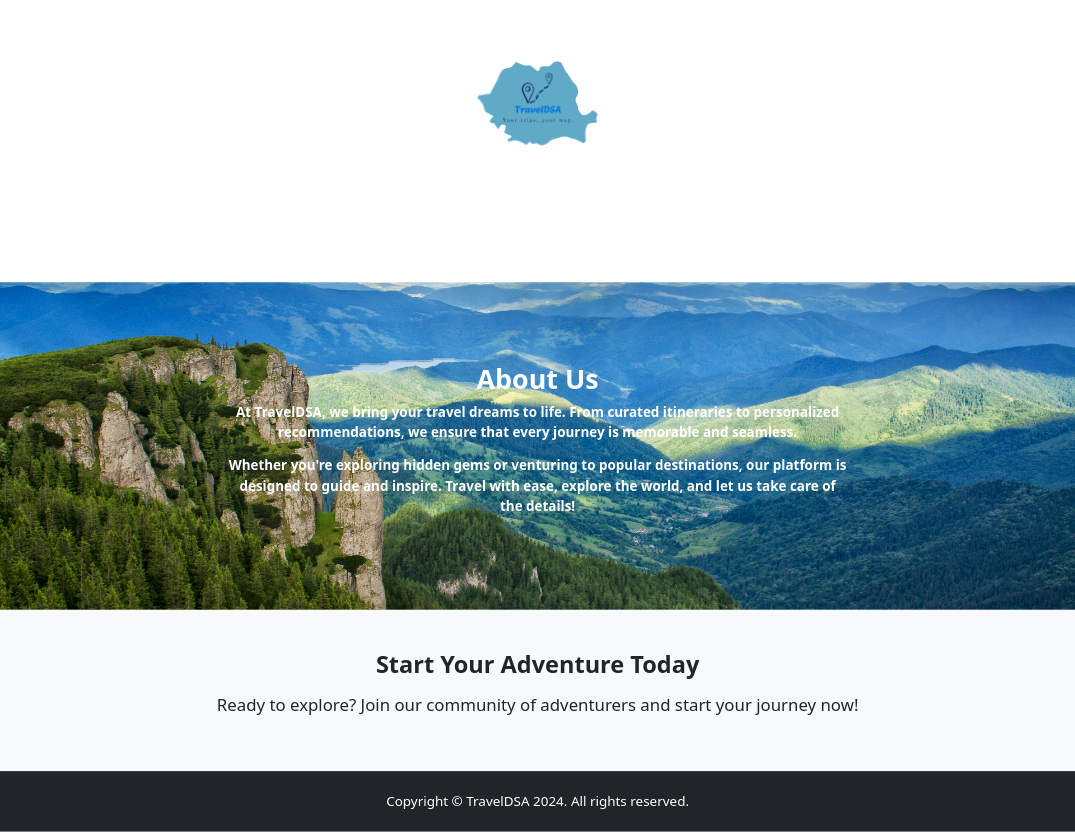
Repository: bettowww/TravelDSA
Page: /home
The author's editor kept a copy of each file at every save. The page is drawn from the files as they stood at one save, then again after the next save.
The browser window is 1280 px wide. The pictures show the whole page, at 84% of full size.
The project was rebuilt for these pictures with package versions that can differ from the ones it lists, and the page was loaded fresh each time. The framework's server and built-in components were replaced by stand-ins that run in the browser. Also part of the build but not shown: next.config.mjs.

Above is the page before, as saved 2024-12-10 13:46:43.

After the next save:
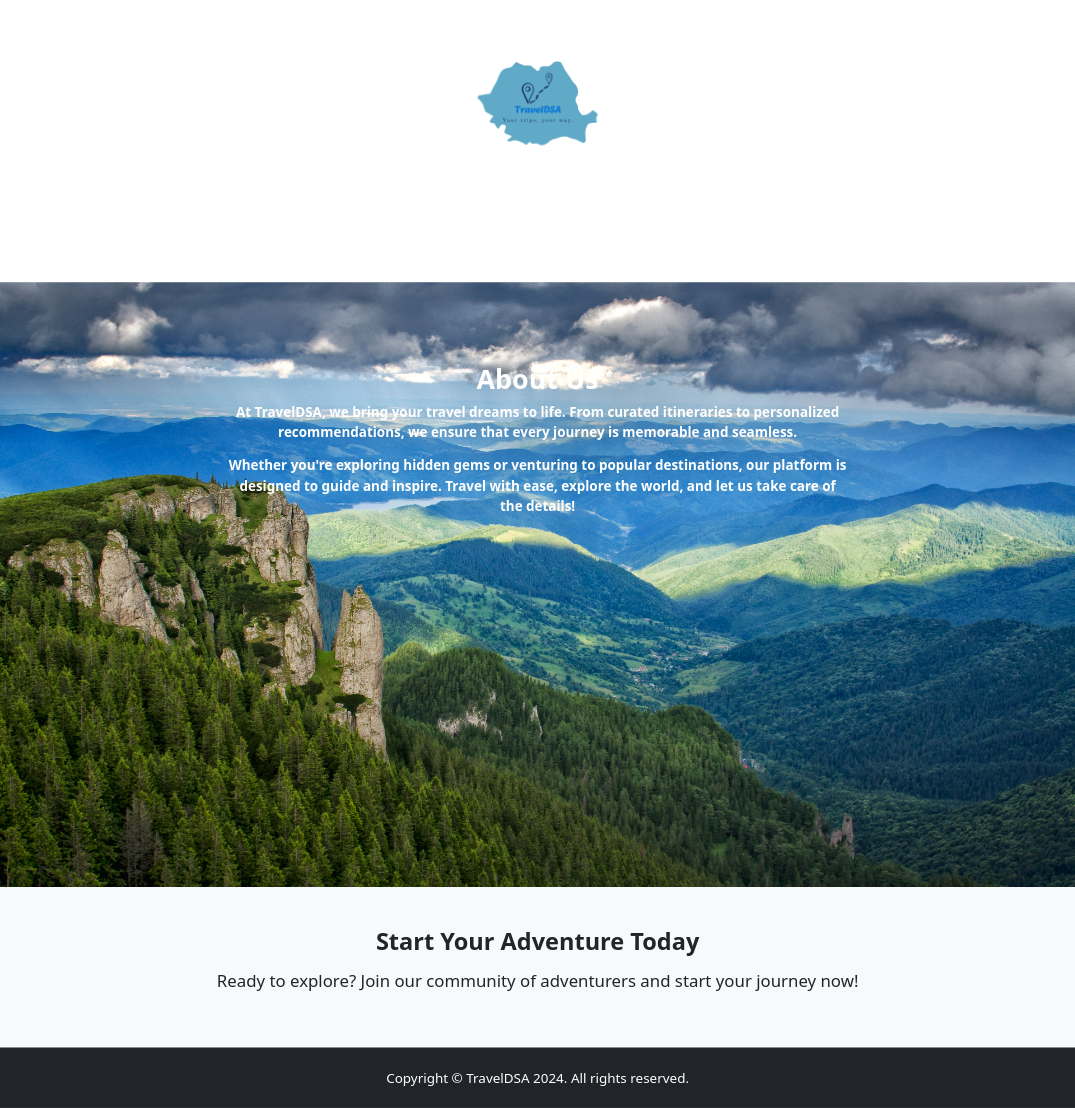
Saved 70 s later.
--- a/app/home/page.jsx
+++ b/app/home/page.jsx
@@ -36,6 +36,8 @@ const HomePage = () => {
           backgroundPosition: "center",
           backgroundRepeat: "no-repeat",
           color: "#fff",
+          padding: "80px 20px", // Increase padding for larger content area
+          minHeight: "100vh", // Ensure the section spans at least the full height of the viewport
         }}
       >
         <div className="container my-5">
